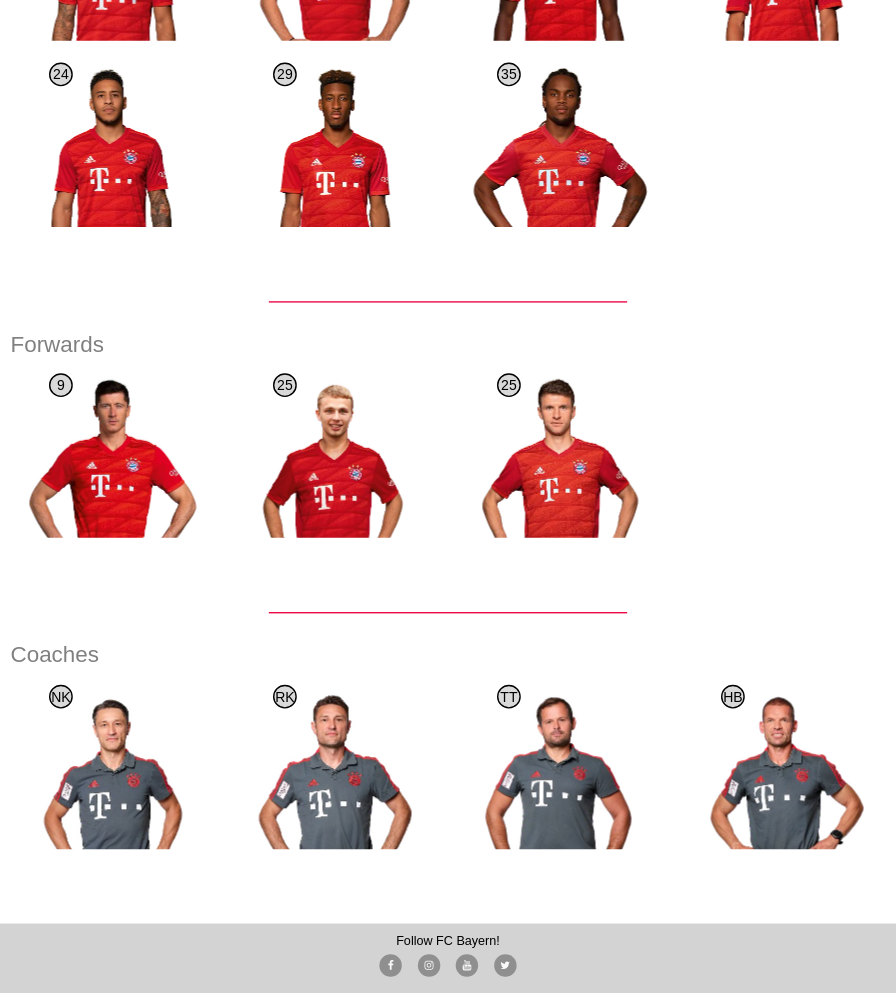
Repository: Code-Institute-Submissions/alnibo-milestone-project-1
Page: team.html
The author's editor kept a record of every edit. The page is drawn from the files as they stood at one moment, then again after the next edit.
The browser window is 1280 px wide. The pictures show the part of the page from y = 2295 to 4215 px (the page is 3715 px tall before and 4215 px after), at 70% of full size.
Some web fonts or font styles are not loaded; a fallback is used.

Above is the page before.

### team.html
<!DOCTYPE html>
<html lang="en">

<head>
    <meta charset="UTF-8">
    <meta name="viewport" content="width=device-width, initial-scale=1.0">
    <link rel="stylesheet" href="https://stackpath.bootstrapcdn.com/bootstrap/4.3.1/css/bootstrap.min.css" type="text/css" />
    <link rel="stylesheet" href="https://stackpath.bootstrapcdn.com/font-awesome/4.7.0/css/font-awesome.min.css" type="text/css" />
    <link rel="stylesheet" href="assets/css/style.css">
    <title>FC Bayern</title>
</head>

<body>

    <!---------------------------------------------------- Navbar -->

    <nav class="navbar navbar-expand-sm navbar-light fixed-top">
        <a class="navbar-brand" href="index.html">
            <img src="assets/images/logo-bayern.png" width="30" height="30" class="d-inline-block align-center" alt="Bayern">FC Bayern
        </a>
        <button class="navbar-toggler" type="button" data-toggle="collapse" data-target="#navbarNavDropdown" aria-controls="navbarNavDropdown" aria-expanded="false" aria-label="Toggle navigation">
            <span class="navbar-toggler-icon"></span>
        </button>

        <div class="collapse navbar-collapse" id="navbarNavDropdown">
            <ul class="navbar-nav">
                <li class="nav-item">
                    <a class="nav-link" href="index.html">Home</a>
                </li>
                <li class="nav-item">
                    <a class="nav-link" href="about.html">About</a>
                </li>
                <li class="nav-item dropdown active">
                    <a class="nav-link dropdown-toggle" href="#" id="navbarDropdownMenuLink" data-toggle="dropdown" aria-haspopup="true" aria-expanded="false">Team<span class="sr-only">(current)</span></a>
                    <div class="dropdown-menu" aria-labelledby="navbarDropdownMenuLink">
                        <a class="dropdown-item" href="team.html">All</a>
                        <a class="dropdown-item" href="team.html#goalkeepers">Goalkeepers</a>
                        <a class="dropdown-item" href="team.html#defenders">Defenders</a>
                        <a class="dropdown-item" href="team.html#midfielders">Midfielders</a>
                        <a class="dropdown-item" href="team.html#forwards">Forwards</a>
                        <a class="dropdown-item" href="team.html#coaches">Coaches</a>
                    </div>
                </li>
                <li class="nav-item">
                    <a class="nav-link" href="fixtures.html">Fixtures</a>
                </li>
                <li class="nav-item">
                    <a class="nav-link" href="table.html">Table</a>
                </li>
            </ul>
        </div>
    </nav>


    <!---------------------------------------------------- Content -->

    <main>
        <section class="container-fluid">
            <div class="row">
                <img class="top-pic-team" src="assets/images/team.jpg" alt="team picture">
            </div>
        </section>

        <div class="container-fluid">
            <div class="row selector-btn">
                <a class="btn btn-sm btn-outline-danger btn--team" href="#goalkeepers">Goalkeepers</a>
                <a class="btn btn-sm btn-outline-danger btn--team" href="#defenders">Defenders</a>
                <a class="btn btn-sm btn-outline-danger btn--team" href="#midfielders">Midfielders</a>
                <a class="btn btn-sm btn-outline-danger btn--team" href="#forwards">Forwards</a>
                <a class="btn btn-sm btn-outline-danger btn--team" href="#coaches">Coaches</a>
            </div>
        </div>

        <section id="goalkeepers" class="container-fluid field-position">
            <h2 class="field-position-header">Goalkeepers</h2>
            <div class="row">
                <figure class="col-12 col-md-6 col-lg-4 col-xl-3 player-pic">
                    <img src="assets/images/1manuelneuer.jpg" width="250" height="300" alt="Manuel Neuer">
                    <div class="text-centered1">Manuel Neuer</div>
                    <div class="text-centered2">27/03/1986</div>
                    <div class="shirt-number">1</div>
                </figure>

                <figure class="col-12 col-md-6 col-lg-4 col-xl-3 player-pic">
                    <img src="assets/images/26svenulreich.jpg" width="250" height="300" alt="Sven Ulreich">
                    <div class="text-centered1">Sven Ulreich</div>
                    <div class="text-centered2">03/08/1988</div>
                    <div class="shirt-number">26</div>
                </figure>

                <figure class="col-12 col-md-6 col-lg-4 col-xl-3 player-pic">
                    <img src="assets/images/36christianfruchtl.jpg" width="250" height="300" alt="Christian Früchtl">
                    <div class="text-centered1">Christian Früchtl</div>
                    <div class="text-centered2">28/01/2000</div>
                    <div class="shirt-number">36</div>
                </figure>

                <figure class="col-12 col-md-6 col-lg-4 col-xl-3 player-pic">
                    <img src="assets/images/39ronthorbenhoffmann.jpg" width="240" height="300" alt="Ron-Thorben Hoffmann">
                    <div class="text-centered1">Ron-Thorben Hoffmann</div>
                    <div class="text-centered2">04/04/1999</div>
                    <div class="shirt-number">39</div>
                </figure>
            </div>
        </section>

        <hr class="block-divider-team">

        <section id="defenders" class="container-fluid field-position">
            <h2 class="field-position-header">Defenders</h2>
            <div class="row">
                <figure class="col-12 col-md-6 col-lg-4 col-xl-3 player-pic">
                    <img src="assets/images/4niklassule.jpg" width="250" height="300" alt="Niklas Süle">
                    <div class="text-centered1">Niklas Süle</div>
                    <div class="text-centered2">03/09/1995</div>
                    <div class="shirt-number">4</div>
                </figure>

                <figure class="col-12 col-md-6 col-lg-4 col-xl-3 player-pic">
                    <img src="assets/images/5benjaminpavard.jpg" width="250" height="300" alt="Benjamin Pavard">
                    <div class="text-centered1">Benjamin Pavard</div>
                    <div class="text-centered2">28/3/1996</div>
                    <div class="shirt-number">5</div>
                </figure>

                <figure class="col-12 col-md-6 col-lg-4 col-xl-3 player-pic">
                    <img src="assets/images/8javimartinez.jpg" width="250" height="300" alt="Javi Martinez">
                    <div class="text-centered1">Javi Martínez</div>
                    <div class="text-centered2">02/09/1988</div>
                    <div class="shirt-number">8</div>
                </figure>

                <figure class="col-12 col-md-6 col-lg-4 col-xl-3 player-pic">
                    <img src="assets/images/17jeromeboateng.jpg" width="250" height="300" alt="Jérôme Boateng">
                    <div class="text-centered1">Jérôme Boateng</div>
                    <div class="text-centered2">03/09/1988</div>
                    <div class="shirt-number">17</div>
                </figure>

                <figure class="col-12 col-md-6 col-lg-4 col-xl-3 player-pic">
                    <img src="assets/images/21lucashernandez.jpg" width="250" height="300" alt="Lucas Hernández">
                    <div class="text-centered1">Lucas Hernández</div>
                    <div class="text-centered2">14/02/1996</div>
                    <div class="shirt-number">13</div>
                </figure>

                <figure class="col-12 col-md-6 col-lg-4 col-xl-3 player-pic">
                    <img src="assets/images/27davidalaba.jpg" width="250" height="300" alt="David Alaba">
                    <div class="text-centered1">David Alaba</div>
                    <div class="text-centered2">24/06/1992</div>
                    <div class="shirt-number">27</div>
                </figure>

                <figure class="col-12 col-md-6 col-lg-4 col-xl-3 player-pic">
                    <img src="assets/images/32joshuakimmich.jpg" width="250" height="300" alt="Joshua Kimmich">
                    <div class="text-centered1">Joshua Kimmich</div>
                    <div class="text-centered2">08/02/1995</div>
                    <div class="shirt-number">32</div>
                </figure>
            </div>
        </section>

        <hr class="block-divider-team">

        <section id="midfielders" class="container-fluid field-position">
            <h2 class="field-position-header">Midfielders</h2>
            <div class="row">
                <figure class="col-12 col-md-6 col-lg-4 col-xl-3 player-pic">
                    <img src="assets/images/6thiago.jpg" width="250" height="300" alt="Thiago">
                    <div class="text-centered1">Thiago</div>
                    <div class="text-centered2">11/04/1991</div>
                    <div class="shirt-number">6</div>
                </figure>

                <figure class="col-12 col-md-6 col-lg-4 col-xl-3 player-pic">
                    <img src="assets/images/18leongoretzka.jpg" width="250" height="300" alt="Leon Goretzka">
                    <div class="text-centered1">Leon Goretzka</div>
                    <div class="text-centered2">06/02/1995</div>
                    <div class="shirt-number">18</div>
                </figure>

                <figure class="col-12 col-md-6 col-lg-4 col-xl-3 player-pic">
                    <img src="assets/images/19alphonsodavies.jpg" width="250" height="300" alt="Alphonso Davies">
                    <div class="text-centered1">Alphonso Davies</div>
                    <div class="text-centered2">02/11/2000</div>
                    <div class="shirt-number">19</div>
                </figure>

                <figure class="col-12 col-md-6 col-lg-4 col-xl-3 player-pic">
                    <img src="assets/images/22sergegnabry.jpg" width="250" height="300" alt="Serge Gnabry">
                    <div class="text-centered1">Serge Gnabry</div>
                    <div class="text-centered2">14/07/1995</div>
                    <div class="shirt-number">22</div>
                </figure>

                <figure class="col-12 col-md-6 col-lg-4 col-xl-3 player-pic">
                    <img src="assets/images/24corentintolisso.jpg" width="250" height="300" alt="Corentin Tolisso">
                    <div class="text-centered1">Corentin Tolisso</div>
                    <div class="text-centered2">03/08/1994</div>
                    <div class="shirt-number">24</div>
                </figure>

                <figure class="col-12 col-md-6 col-lg-4 col-xl-3 player-pic">
                    <img src="assets/images/29kingsleycoman.jpg" width="250" height="300" alt="Kingsley Coman">
                    <div class="text-centered1">Kingsley Coman</div>
                    <div class="text-centered2">13/06/1996</div>
                    <div class="shirt-number">29</div>
                </figure>

                <figure class="col-12 col-md-6 col-lg-4 col-xl-3 player-pic">
                    <img src="assets/images/35renatosanches.jpg" width="250" height="300" alt="Renato Sanches">
                    <div class="text-centered1">Renato Sanches</div>
                    <div class="text-centered2">18/08/1997</div>
                    <div class="shirt-number">35</div>
                </figure>
            </div>
        </section>

        <hr class="block-divider-team">

        <section id="forwards" class="container-fluid field-position">
            <h2 class="field-position-header">Forwards</h2>
            <div class="row">
                <figure class="col-12 col-md-6 col-lg-4 col-xl-3 player-pic">
                    <img src="assets/images/9robertlewandowski.jpg" width="250" height="300" alt="Robert Lewandowski">
                    <div class="text-centered1">Robert Lewandowski</div>
                    <div class="text-centered2">21/08/1988</div>
                    <div class="shirt-number">9</div>
                </figure>

                <figure class="col-12 col-md-6 col-lg-4 col-xl-3 player-pic">
                    <img src="assets/images/15fietearp.jpg" width="250" height="300" alt="Fiete Arp">
                    <div class="text-centered1">Fiete Arp</div>
                    <div class="text-centered2">06/01/2000</div>
                    <div class="shirt-number">25</div>
                </figure>

                <figure class="col-12 col-md-6 col-lg-4 col-xl-3 player-pic">
                    <img src="assets/images/25thomasmuller.jpg" width="250" height="300" alt="Thomas Müller">
                    <div class="text-centered1">Thomas Müller</div>
                    <div class="text-centered2">13/09/1989</div>
                    <div class="shirt-number">25</div>
                </figure>
            </div>
        </section>

        <hr class="block-divider-team">

        <section id="coaches" class="container-fluid field-position">
            <h2 class="field-position-header">Coaches</h2>
            <div class="row">
                <figure class="col-12 col-md-6 col-lg-4 col-xl-3 player-pic">
                    <img src="assets/images/nikokovac.jpg" width="250" height="300" alt="Niko Kovac">
                    <div class="text-centered1">Niko Kovac</div>
                    <div class="text-centered2">Head coach</div>
                    <div class="shirt-number">NK</div>
                </figure>

                <div class="col-12 col-md-6 col-lg-4 col-xl-3 player-pic">
                    <img src="assets/images/robertkovac.jpg" width="250" height="300" alt="Robert Kovac">
                    <div class="text-centered1">Robert Kovac</div>
                    <div class="text-centered2">Assistant coach</div>
                    <div class="shirt-number">RK</div>
                </div>

                <div class="col-12 col-md-6 col-lg-4 col-xl-3 player-pic">
                    <img src="assets/images/tonitapalovic.jpg" width="250" height="300" alt="Toni Tapalovic">
                    <div class="text-centered1">Toni Tapalovic</div>
                    <div class="text-centered2">Goalkeeping coach</div>
                    <div class="shirt-number">TT</div>
                </div>

                <div class="col-12 col-md-6 col-lg-4 col-xl-3 player-pic">
                    <img src="assets/images/holgerbroich.jpg" width="250" height="300" alt="Prof. Dr. Holger Broich">
                    <div class="text-centered1">Prof. Dr. Holger Broich</div>
                    <div class="text-centered2"></div>
                    <div class="shirt-number">HB</div>
                </div>

            </div>
        </section>

        <div class="container-fluid spaceholder">
        </div>
    </main>

    <!---------------------------------------------------- Footer -->

    <footer class="container-fluid">
        <div class="footer-details row">
            <div class="col-sm-12">
                <h5 class="social">Follow FC Bayern!</h5>
                <ul class="list-inline social-links">
                    <li class="list-inline-item">
                        <a target="_blank" href="https://www.facebook.com/fcbayern.en/">
                            <i class="fa fa-facebook" aria-hidden="true"></i>
                            <span class="sr-only">Facebook</span>
                        </a>
                    </li>
                    <li class="list-inline-item">
                        <a target="_blank" href="https://www.instagram.com/fcbayern/?hl">
                            <i class="fa fa-instagram" aria-hidden="true"></i>
                            <span class="sr-only">Instagram</span>
                        </a>
                    </li>
                    <li class="list-inline-item">
                        <a target="_blank" href="https://www.youtube.com/user/fcbayern">
                            <i class="fa fa-youtube" aria-hidden="true"></i>
                            <span class="sr-only">YouTube</span>
                        </a>
                    </li>
                    <li class="list-inline-item">
                        <a target="_blank" href="https://twitter.com/FCBayern">
                            <i class="fa fa-twitter" aria-hidden="true"></i>
                            <span class="sr-only">Twitter</span>
                        </a>
                    </li>
                </ul>
            </div>
        </div>
    </footer>

    <script src="https://code.jquery.com/jquery-3.3.1.slim.min.js" integrity="sha384-q8i/X+965DzO0rT7abK41JStQIAqVgRVzpbzo5smXKp4YfRvH+8abtTE1Pi6jizo" crossorigin="anonymous"></script>
    <script src="https://stackpath.bootstrapcdn.com/bootstrap/4.1.3/js/bootstrap.min.js" integrity="sha384-ChfqqxuZUCnJSK3+MXmPNIyE6ZbWh2IMqE241rYiqJxyMiZ6OW/JmZQ5stwEULTy" crossorigin="anonymous"></script>
</body>

</html>

Loaded but not shown: assets/css/style.css (586 lines, source omitted)

After the next edit:
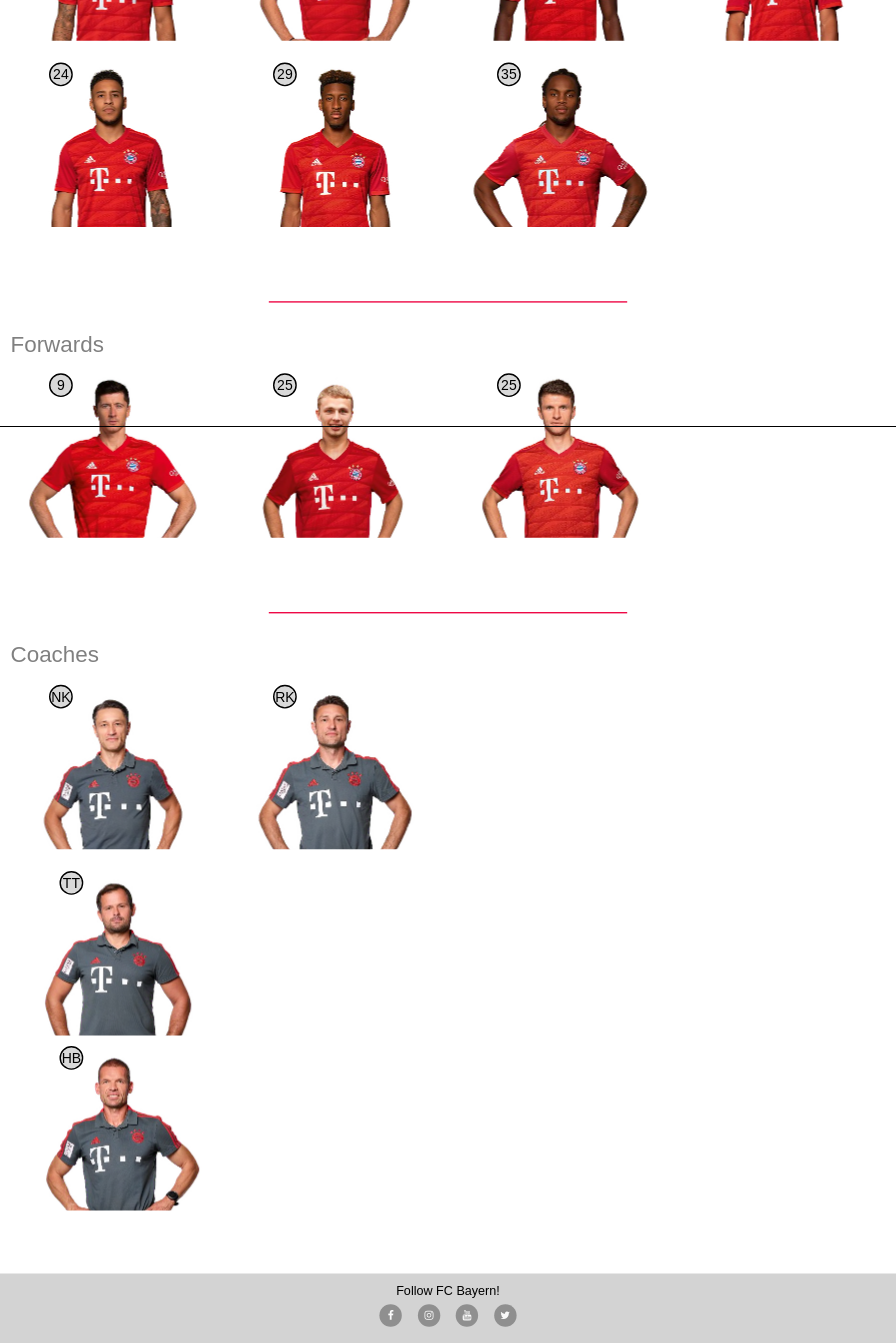
The edit:
--- a/team.html
+++ b/team.html
@@ -256,7 +256,7 @@
                     <div class="shirt-number">NK</div>
                 </figure>
 
-                <div class="col-12 col-md-6 col-lg-4 col-xl-3 player-pic">
+                <figure class="col-12 col-md-6 col-lg-4 col-xl-3 player-pic">
                     <img src="assets/images/robertkovac.jpg" width="250" height="300" alt="Robert Kovac">
                     <div class="text-centered1">Robert Kovac</div>
                     <div class="text-centered2">Assistant coach</div>

After the edit that followed:
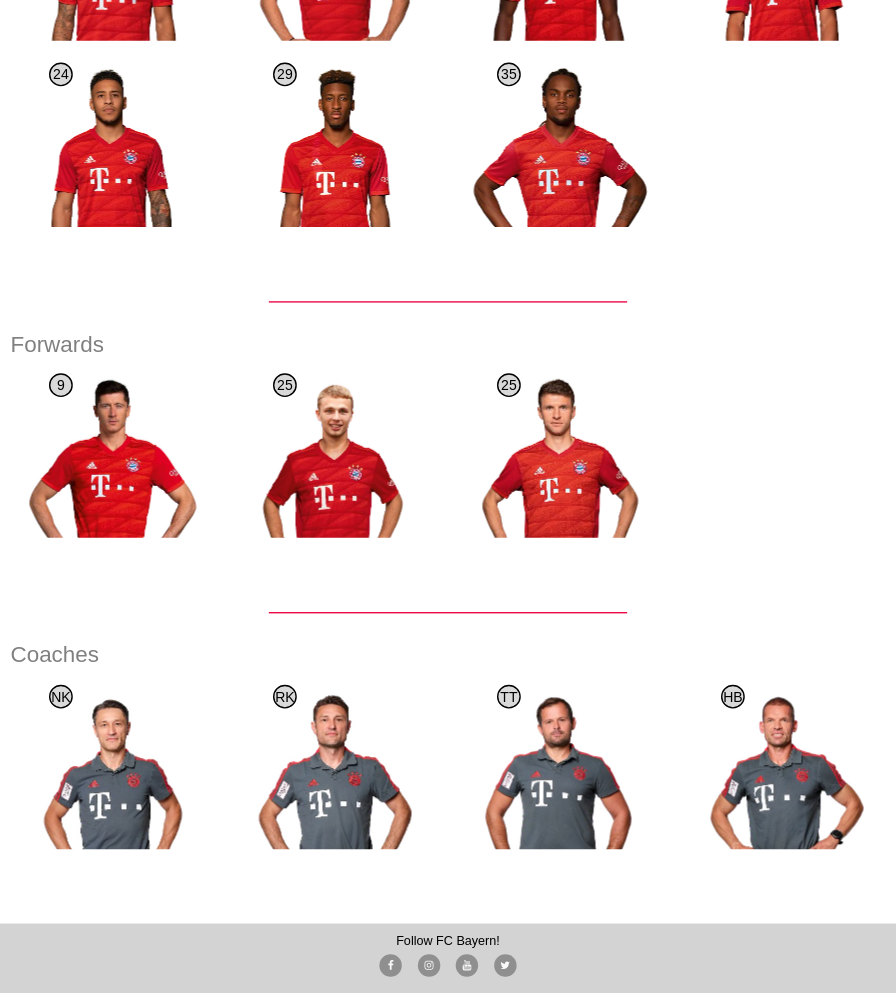
The edit:
--- a/team.html
+++ b/team.html
@@ -261,7 +261,7 @@
                     <div class="text-centered1">Robert Kovac</div>
                     <div class="text-centered2">Assistant coach</div>
                     <div class="shirt-number">RK</div>
-                </div>
+                </figure>
 
                 <div class="col-12 col-md-6 col-lg-4 col-xl-3 player-pic">
                     <img src="assets/images/tonitapalovic.jpg" width="250" height="300" alt="Toni Tapalovic">
